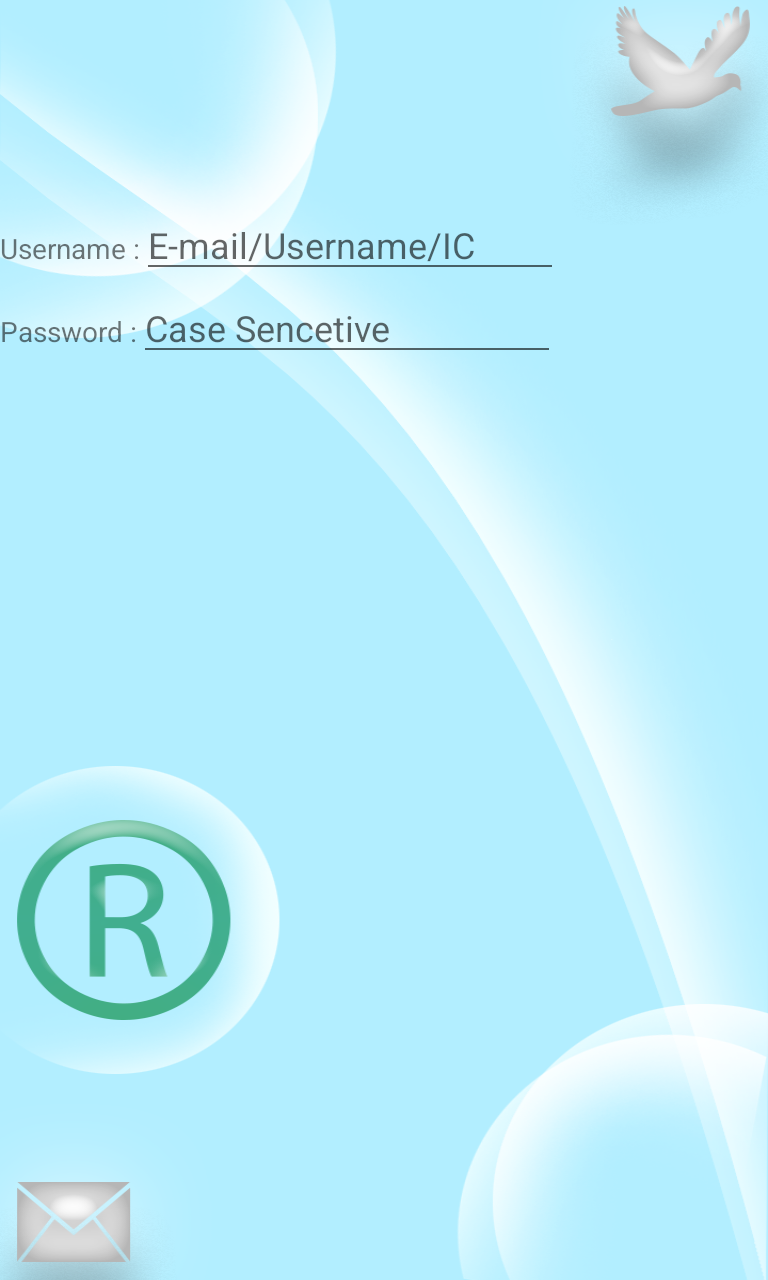
Repository: JodyCoolit/android
Layout: Delivery/res/layout/activity_signup.xml
These files come from the project's save history. The layout is drawn as it stood at one moment and after the next save; the edit follows.
It is drawn on a 768 x 1280 px phone screen (xhdpi) without system bars, with theme AppTheme; the app's code is not run.

Above is the layout before, as saved 2014-08-22 01:57:47.

After the next save:
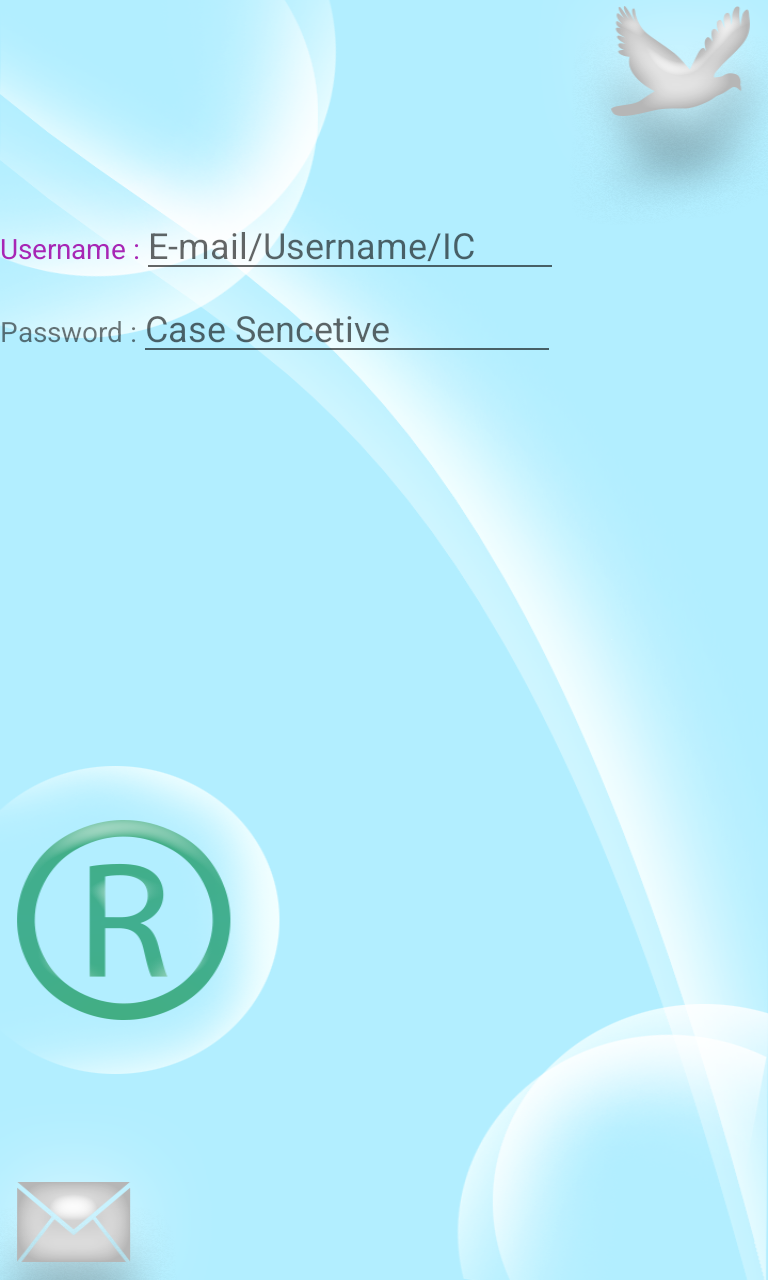
Saved 2 min 14 s later.
--- a/Delivery/res/layout/activity_signup.xml
+++ b/Delivery/res/layout/activity_signup.xml
@@ -14,7 +14,8 @@
         android:id="@+id/tv_signup_username"
         android:layout_width="wrap_content"
         android:layout_height="wrap_content"
-        android:text="@string/tv_signup_username" />
+        android:text="@string/tv_signup_username"
+        android:textColor="#A726B5" />
 	    <EditText
         android:id="@+id/et_signup_username"
         android:layout_width="wrap_content"
